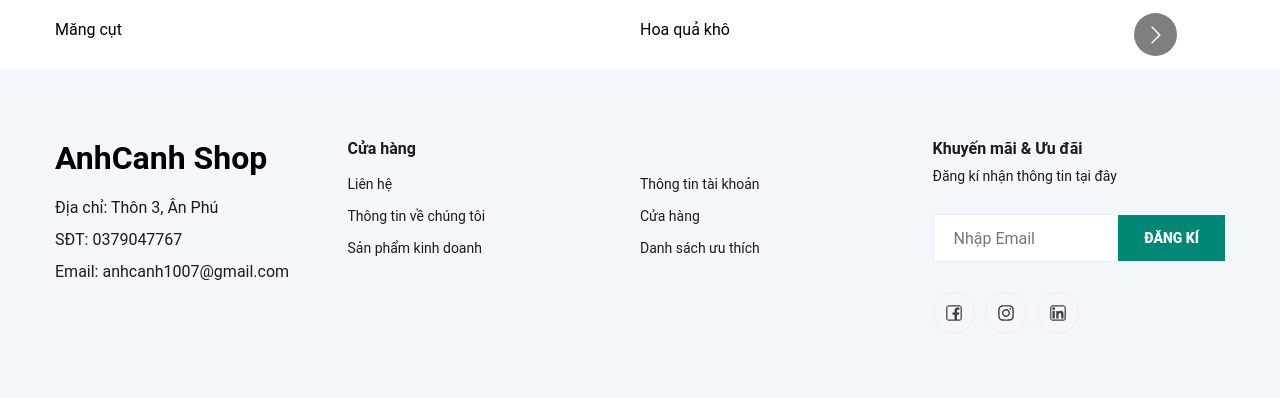
Repository: anhcanh1007/show_product
Page: /
These files come from the project's save history. The page is drawn as it stood at one moment and after a run of saves; the edit follows.
The browser window is 1280 px wide. The pictures show the part of the page from y = 591 to 1089 px (the page is 989 px tall before and 1089 px after).
The project was rebuilt for these pictures with package versions that can differ from the ones it lists, and the page was loaded fresh each time. Imported but missing from the stored project, and not drawn on this page: src/pages/user/profilePage.

Above is the page before, as saved 2024-01-28 00:15:34.

### src/index.js
import React from "react";
import ReactDOM from "react-dom/client";
import { BrowserRouter } from "react-router-dom";
import RouterCustom from "./router";
import "./style/style.scss";

const root = ReactDOM.createRoot(document.getElementById("root"));
root.render(
  <BrowserRouter>
    <RouterCustom />
  </BrowserRouter>
);

// If you want to start measuring performance in your app, pass a function
// to log results (for example: reportWebVitals(console.log))
// or send to an analytics endpoint. Learn more: https://bit.ly/CRA-vitals

### src/router.js
import { ROUTERS } from "./utils/router";
import HomePage from "./pages/user/homePage";
import ProfilePage from "./pages/user/profilePage";
import { Route, Routes } from "react-router-dom";
import MasterLayout from "./pages/user/theme/masterLayout";

const renderUserRouter = () => {
  const userRouters = [
    {
      path: ROUTERS.USER.HOME,
      component: <HomePage />,
    },
    {
      path: ROUTERS.USER.PROFILE,
      component: <ProfilePage />,
    },
  ];

  return (
    <MasterLayout>
      <Routes>
        {userRouters.map((item, key) => (
          <Route key={key} path={item.path} element={item.component} />
        ))}
      </Routes>
    </MasterLayout>
  );
};

const RouterCustom = () => {
  return renderUserRouter();
};

export default RouterCustom;

### src/style/style.scss
@import './pages/all';
@import './pages/responsive';

### src/utils/router.js
export const ROUTERS = {
  USER: {
    HOME: "",
    PROFILE: "thong-tin-ca-nhan",
  },
};

### src/pages/user/homePage/index.js
import { memo } from "react";
import Carousel from "react-multi-carousel";
import "react-multi-carousel/lib/styles.css";
import "./style.scss";
import cate1 from "assets/users/images/categories/mangcut.jpg";
import cate2 from "assets/users/images/categories/hoaquakho.jpg";
import cate3 from "assets/users/images/categories/raucu.jpg";
import cate4 from "assets/users/images/categories/thittuoi.jpg";

const HomePage = () => {
  const responsive = {
    superLargeDesktop: {
      breakpoint: { max: 4000, min: 3000 },
      items: 5,
    },
    desktop: {
      breakpoint: { max: 3000, min: 1024 },
      items: 3,
    },
    tablet: {
      breakpoint: { max: 1024, min: 464 },
      items: 2,
    },
    mobile: {
      breakpoint: { max: 464, min: 0 },
      items: 1,
    },
  };

  const categories = [
    {
      pathImg: cate1,
      name: "Măng cụt",
    },
    {
      pathImg: cate2,
      name: "Hoa quả khô",
    },
    {
      pathImg: cate3,
      name: "Rau củ",
    },
    {
      pathImg: cate4,
      name: "Thịt tươi",
    },
  ];
  return (
    <>
      <div className="container">
        <Carousel responsive={responsive}>
          {categories.map((categori, key) => (
            <div className="categories__banner" key={key}>
              <div
                className="categories__banner_img"
                style={{ backgroundImage: `url(${categori.pathImg})` }}
              ></div>
              <div>
                <p>{categori.name}</p>
              </div>
            </div>
          ))}
        </Carousel>
      </div>
    </>
  );
};

export default memo(HomePage);

### src/pages/user/theme/masterLayout/index.js
import { memo } from "react";
import Header from "../header";
import Footer from "../footer";

const MasterLayout = ({ children, ...props }) => {
  return (
    <div {...props}>
      <Header />
      {children}
      <Footer />
    </div>
  );
};

export default memo(MasterLayout);

### src/style/pages/_all.scss
@use "sass:map";
@import './theme';
@import './responsive';

html, body {
    margin: 0;
}

* {
    font-family: Roboto;
    padding: 0;
    margin: 0;
}

.container {
    max-width: 1170px;
    width: 100%;
    padding-left: 15px;
    padding-right: 15px;
    margin: auto;
}

.row {
    display: flex;
    flex-wrap: wrap;
}

.col-6 {
    flex: 0 0 50%;
    max-width: 50%;
}

.col-lg-3 {
    flex: 0 0 25%;
    max-width: 25%;
}

.col-lg-6 {
    flex: 0 0 50%;
    max-width: 50%;
}

.col-lg-9 {
    flex: 0 0 75%;
    max-width: 75%;
}

.button-submit {
    font-size: 14px;
    color: #ffffff;
    font-weight: 800;
    text-transform: uppercase;
    display: inline-block;
    padding: 16px 30px 17px;
    background: map.get($theme-colors, 'main');
    border: none;
    height: 100%;
}
@include Responsive($DESTOP) {
    .col-xl-3 {
        flex: 0 0 25%;
        max-width: 25%;
    }
    .col-xl-6 {
        flex: 0 0 50%;
        max-width: 50%;
    }
}

@include Responsive($MEDIUM_DEVICE) {
    .col-lg-3 {
        flex: 0 0 25%;
        max-width: 25%;
    }
}

@include Responsive($TABLE_DEVICE) {
    .col-md-6 {
        flex: 0 0 50%;
        max-width: 50%;
    }

    .col-md-12 {
        flex: 0 0 100%;
        max-width: 100%;
    }
}

@include Responsive($WIDE_MOBILE) {
    .col-sm-6 {
        flex: 0 0 50%;
        max-width: 50%;
    }

    .col-sm-12 {
        flex: 0 0 100%;
        max-width: 100%;
    }
}

@include Responsive($WIDE_MOBILE) {
    .col-xs-12 {
        flex: 0 0 100%;
        max-width: 100%;
    }
}

### src/style/pages/_theme.scss
$theme-colors : (
    "main" : #008874,
    "normal_text": #1c1c1c,
    "bold_text": #252525,
)

### src/style/pages/_responsive.scss
$DESTOP: "DESTOP";
$MEDIUM_DEVICE: "MEDIUM_DEVICE";
$TABLE_DEVICE: "TABLE_DEVICE";
$WIDE_MOBILE: "WIDE_MOBILE";
$SMALL_DEVICES: "SMALL_DEVICES";

@mixin Responsive($canvas) {
    @if $canvas == $DESTOP {
        @media only screen and (min-width: 1200px){
            @content;
        }
    } @else if $canvas == $MEDIUM_DEVICE {
        @media only screen and (min-width: 992px) and (max-width: 1199px){
            @content;
        }
    } @else if $canvas == $TABLE_DEVICE {
        @media only screen and (min-width: 768px) and (max-width: 991px){
            @content;
        }
    } @else if $canvas == $WIDE_MOBILE {
        @media only screen and (max-width: 767px){
            @content;
        }
    } @else if $canvas == $SMALL_DEVICES {
        @media only screen and (max-width: 575px){
            @content;
        }
    }
}

### src/pages/user/homePage/style.scss
@use "sass:map";
@import 'style/pages/_theme.scss';

.categories__banner {
    margin-top: 20px;
    margin-bottom: 30px;
}

### src/pages/user/theme/footer/index.js
import { memo } from "react";
import "./style.scss";
import { Link } from "react-router-dom";
import {
  AiOutlineFacebook,
  AiOutlineInstagram,
  AiOutlineLinkedin,
} from "react-icons/ai";

const Footer = () => {
  return (
    <>
      <footer className="footer">
        <div className="container">
          <div className="row">
            <div className="col-lg-3 col-md-6 col-sm-6 col-xs-12">
              <div className="footer__about">
                <h1 className="footer__about_logo">AnhCanh Shop</h1>
                <ul>
                  <li>Địa chỉ: Thôn 3, Ân Phú</li>
                  <li>SĐT: 0379047767</li>
                  <li>Email: anhcanh1007@gmail.com</li>
                </ul>
              </div>
            </div>
            <div className="col-lg-6 col-md-6 col-sm-6 col-xs-12">
              <div className="footer__widget">
                <h6>Cửa hàng</h6>
                <ul>
                  <li>
                    <Link to="">Liên hệ</Link>
                  </li>
                  <li>
                    <Link to="">Thông tin về chúng tôi</Link>
                  </li>
                  <li>
                    <Link to="">Sản phẩm kinh doanh</Link>
                  </li>
                </ul>
                <ul>
                  <li>
                    <Link to="">Thông tin tài khoản</Link>
                  </li>
                  <li>
                    <Link to="">Cửa hàng</Link>
                  </li>
                  <li>
                    <Link to="">Danh sách ưu thích</Link>
                  </li>
                </ul>
              </div>
            </div>
            <div className="col-lg-3 col-md-12 col-sm-12 col-xs-12">
              <div className="footer__widget">
                <h6>Khuyến mãi & Ưu đãi</h6>
                <p>Đăng kí nhận thông tin tại đây</p>
                <form action="#">
                  <div className="input-group">
                    <input type="text" placeholder="Nhập Email" />
                    <button type="submit" className="button-submit">
                      Đăng kí
                    </button>
                  </div>
                  <div className="footer__widget_social">
                    <div>
                      <AiOutlineFacebook />
                    </div>
                    <div>
                      <AiOutlineInstagram />
                    </div>
                    <div>
                      <AiOutlineLinkedin />
                    </div>
                  </div>
                </form>
              </div>
            </div>
          </div>
        </div>
      </footer>
    </>
  );
};

export default memo(Footer);

### src/pages/user/theme/header/style.scss
@use "sass:map";
@import 'style/pages/_theme.scss';

$bannerImg: "/assets/users/images/hero/banner.jpg";

.header__top{
    background-color: #CFD7A4;
}

.header__top_left {
    padding: 10px 0 10px;
    ul {
        display: flex;
        align-items: center;
        column-gap: 10px;
        list-style: none;

        li{
            font-size: 14px;
            color: map.get($theme-colors, "normal_text");
            display: flex;
            align-items: center;
            column-gap: 2px;
        }
    }
}

.header__top_right {
    display: flex;
    justify-content: flex-end;
    padding: 10px 0 10px;
    align-items: center;

    ul {
        display: flex;
        column-gap: 5px;
        list-style: none;

        li:last-child{
            margin-left: 10px;

            span {
                font-size: 14px;
                margin-left: 2px;
                font-weight: 500;
            }
        }

        a {
            font-size: 14px;
            display: inline-block;
            color: map.get($theme-colors, "normal_text");
        }
    }
}

.header__logo {
    padding: 15px 0;
}

.header__menu {
    padding: 24px 0;

    ul {
        display: flex;
        justify-content: space-between;

        li {
            list-style: none;

            a {
                text-decoration: none;
                font-size: 14px;
                color: map.get($theme-colors, 'bold_text');
                font-weight: bold;
                text-transform: uppercase;
                letter-spacing: 2px;
                transition: all 0.3s;
                padding: 5px 0;
                display: block;
            }
        }

        li:hover .header__menu_dropdown {
            opacity: 1;
            visibility: visible;
        }

        .active a{
            color: map.get($theme-colors, 'main');
        }

        .header__menu_dropdown {
            background-color: #222222;
            display: block;
            position: absolute;
            width: 180px;
            z-index: 9;
            padding: 5px 0;
            transition: all, 0.3s;
            opacity: 0;
            visibility: hidden;

            a{
                text-transform: capitalize;
                color: #ffffff;
                font-weight: 400;
                padding: 5px 15px;
            }

            :hover {
                color: map.get($theme-colors, 'main');
            }
        }
    }
}

.header__cart {
    display: flex;
    justify-content: center;
    align-items: center;
    padding: 24px 0;

    ul {
        display: flex;
        margin-right: 25px;

        li {
            list-style: none;
            position: relative;
            margin-left: 20px;

            svg {
                font-size: 25px;
                color: map.get($theme-colors, "normal_text");
            }

            span {
                color: white;
                background-color: map.get($theme-colors, "main");
                position: absolute;
                height: 20px;
                width: 20px;
                border-radius: 40px;
                display: inline-block;
                text-align: center;
                line-height: 20px;
                font-size: 13px;
                font-weight: 500;
                left: 20px;
                top: -2px;
            }
        }
    }

}

.hero__categories {
    position: relative;

    .hero__categories_all {
        background: map.get($theme-colors, 'main');
        display: flex;
        align-items: center;
        color: #ffffff;
        font-weight: 700;
        cursor: pointer;
        padding: 15px 25px 15px 40px;

        svg, span {
            font-size: 16px;
            margin-right: 5px;
        }

        svg {
            font-size: 20px;
        }
    }

    ul {
        position: absolute;
        opacity: 1;
        border: 1px solid #ebebeb;
        width: 99%;
        background: #ffffff;
        transition: all 0.2s;

        li {
            list-style: none;

            a {
                text-decoration: none;
                background: transparent;
                font-size: 16px;
                color: map.get($theme-colors, 'normal_text');
                line-height: 39px;
                display: block;
                padding-left: 40px;
            }

            &:hover {
                background: #f7ffff;

                a {
                    color: map.get($theme-colors, 'main');
                }
            }
        }

        &.hidden {
            opacity: 0;
        }
    }
}

.header__search_container {

    .hero__search_form {
        width: 610px;
        height: 50px;
        float: left;
        padding-left: 15px;


        form {
            display: flex;
            align-items: center;
        }

        input {
            border: none;
            height: 48px;
            font-size: 16px;
            color: #b2b2b2;
            padding-left: 20px;
            border: 1px solid #ebebeb;
            width: 70%;

            :focus {
                outline: none;
                border: none;
            }
        }

        button {
            background: map.get($theme-colors, 'main');
            font-size: 14px;
            color: #ffffff;
            font-weight: 700;
            border: none;
            text-transform: uppercase;
            display: inline-block;
            padding: 16px 30px 17px;
            height: 100%;
        }
    }

    .hero__search_phone {
        display: flex;
        align-items: center;
        margin-bottom: 20px;

        .hero__search_phone_icon {
            font-size: 25px;
            padding: 10px;
            background: #f5f5f5;
            line-height: 50px;
            text-align: center;
            border-radius: 50%;
            float: left;
            margin-right: 20px;
            display: flex;
            justify-content: center;
            align-items: center;
            color: map.get($theme-colors, 'main');
        }

        .hero__search_phone_text {
            display: inline-block;

            p {
                color: map.get($theme-colors, 'normal_text');
                font-weight: bold;
                margin-bottom: 5px;

                span {
                    color: #6f6f6f;
                    font-size: 14px;
                }
            }
        }
    }

    .hero__item {
        margin-left: 15px;
        background-image: url($bannerImg);
        background-size: cover;
        height: 410px;
        width: 100%;
        display: flex;
        align-items: center;

        .hero__item_text {
            padding-left: 75px;

            span {
                font-size: 14px;
                text-transform: uppercase;
                font-weight: 700;
                letter-spacing: 4px;
                color: map.get($theme-colors, 'main');

            }

            h2 {
                font-size: 45px;
                text-transform: uppercase;
                font-weight: 700;
                line-height: 52px;
                margin: 10px 0;
                color: map.get($theme-colors, 'normal_text');
            }

            p {
                font-size: 16px;
                color: #6f6f6f;
                font-weight: 400;
                line-height: 26px;
                margin: 0 0 15px 0;
            }

            a {
                display: inline-block;
                font-size: 14px;
                padding: 10px 28px 10px;
                color: #ffffff;
                text-transform: uppercase;
                font-weight: 700;
                background-color: map.get($theme-colors, 'main');
                letter-spacing: 2px;
                text-decoration: none;
            }
        }
    }
}

### src/utils/formater.js
export const formater = (number) => {
  return new Intl.NumberFormat("vi-VN", {
    style: "currency",
    currency: "VND",
  }).format(number);
};

### src/pages/user/theme/footer/style.scss
@use "sass:map";
@import 'style/pages/_theme.scss';

.footer {
    background: #F3F6FA;
    padding-top: 70px;
    padding-bottom: 0;
    .footer__about {
        margin-bottom: 30px;

        .footer__about_logo {
            margin-bottom: 15px;
            display: inline-block;
        }

        ul {

            li {
                list-style: none;
                color: map.get($theme-colors, 'normal_text');
                font-size: 16px;
                line-height: 32px;
            }
        }
    }

    .footer__widget {
        margin-bottom: 30px;
        overflow: hidden;

        h6 {
            color: map.get($theme-colors,'normal_text');
            margin-bottom: 10px;
            font-size: 16px;
            font-weight: 700;
        }

        ul {
            float: left;
            width: 50%;

            li {
                list-style: none;

                a {
                    color: map.get($theme-colors,'normal_text');
                    font-size: 14px;
                    line-height: 32px;
                    text-decoration: none;
                }
            }
        }

        p {
            font-size: 14px;
            color: map.get($theme-colors,'normal_text');
            margin-bottom: 30px;
        }

        form {
            margin-bottom: 30px;

            .input-group {
                display: flex;
                align-items: center;
                input {
                    width: 100%;
                    font-size: 16px;
                    padding-left: 20px;
                    color: map.get($theme-colors,'normal_text');
                    height: 46px;
                    border: 1px solid #ededed;

                    ::placeholder {
                        color: map.get($theme-colors,'normal_text');
                    }
                }

                button {
                    padding: 0 26px;
                    height: 46px;
                    min-width: max-content;
                }
            }

            .footer__widget_social {
                display: flex;
                align-items: center;
                column-gap: 10px;
                margin-top: 30px;

                div {
                    :hover {
                        background: map.get($theme-colors, 'main');
                        color: #ffffff;
                        border-color: #ffffff;
                    }

                    svg {
                        font-size: 20px;
                        padding: 10px;
                        color: #404040;
                        border: 1px solid #ededed;
                        border-radius: 50%;
                        transition: all, 0.3s;
                        cursor: pointer;
                    }
                }
            }
        }
    }
}

Loaded but not shown: public/index.html (common file); src/pages/user/theme/header/index.js (213 lines, source omitted)

After the next 8 saves:
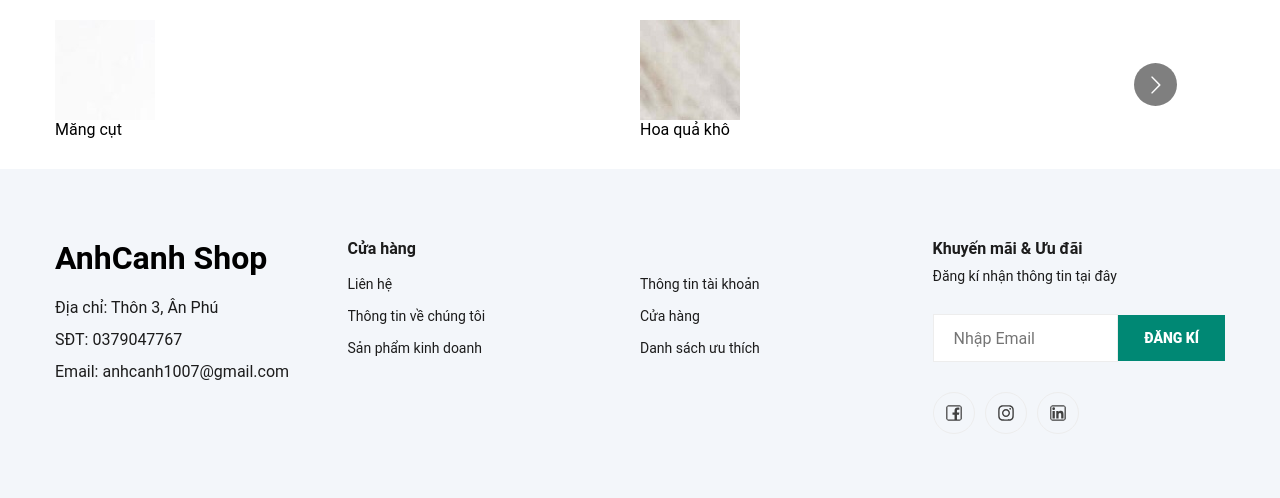
The 8 saves are shown as one change because 2 did not build or start and some came seconds apart.
The last was saved 31 s later.
--- a/src/pages/user/homePage/style.scss
+++ b/src/pages/user/homePage/style.scss
@@ -4,4 +4,9 @@
 .categories__banner {
     margin-top: 20px;
     margin-bottom: 30px;
+
+    .categories__banner_img {
+        width: 100px;
+        height: 100px;
+    }
 }

After the save that followed:
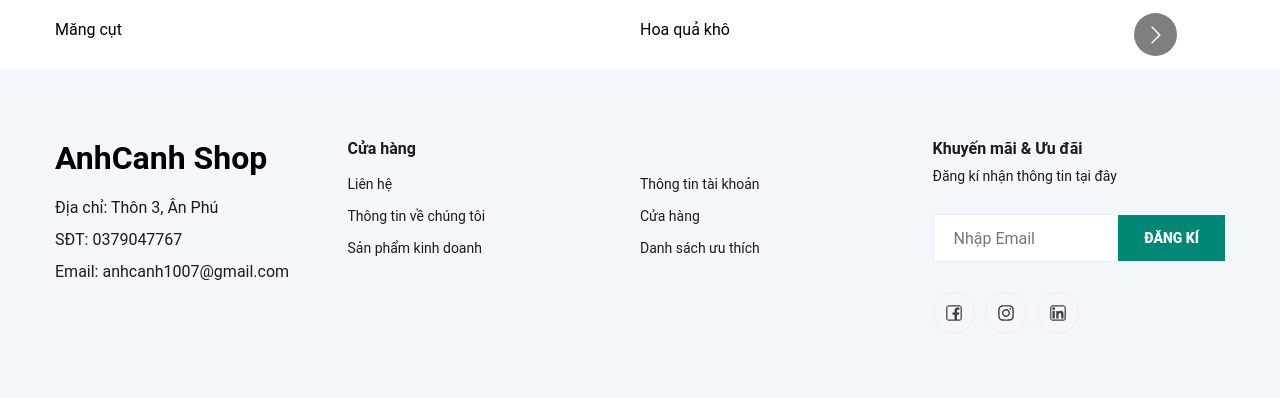
Saved 49 s later.
--- a/src/pages/user/homePage/style.scss
+++ b/src/pages/user/homePage/style.scss
@@ -6,7 +6,6 @@
     margin-bottom: 30px;
 
     .categories__banner_img {
-        width: 100px;
-        height: 100px;
+
     }
 }
